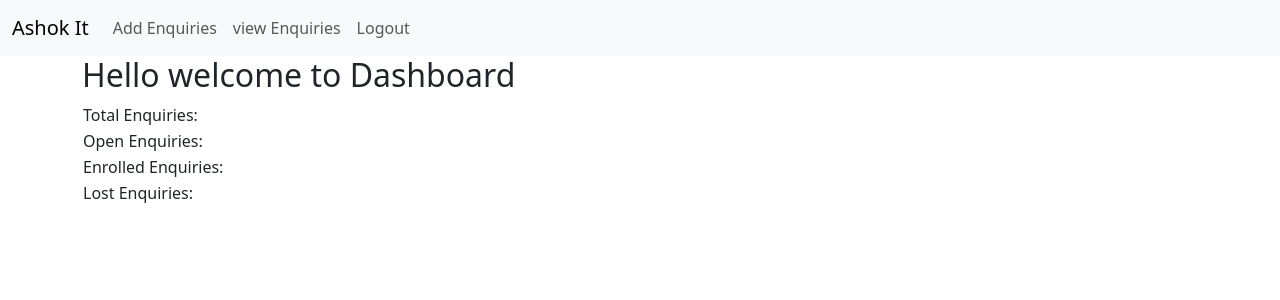
Repository: dibyajyotipanigrahi/Mini-Projects
Page: http://localhost/dashboard
The author's editor kept a copy of each file at every save. The page is drawn from the files as they stood at one save, then again after the next save.
The browser window is 1280 px wide. The pictures show the whole page.
The page is this project's Thymeleaf template; nobody is signed in. The template is opened directly, without the code that normally fills it, so the values that code supplies are empty.

Above is the page before, as saved 2024-04-25 17:30:38.

After the next save:
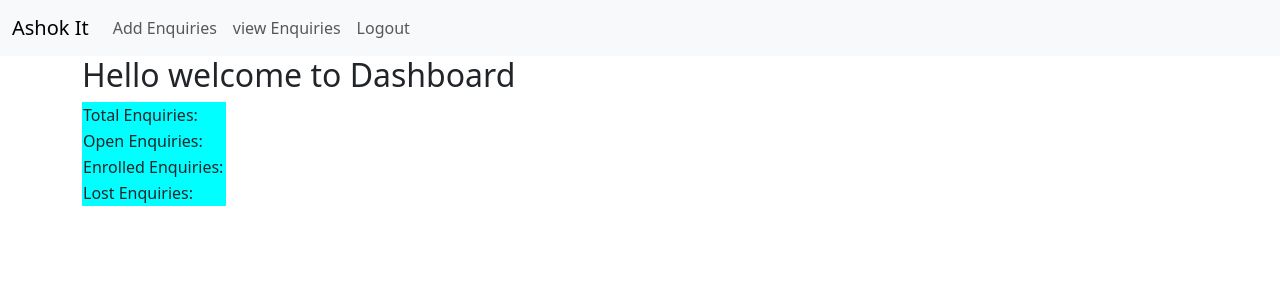
Saved 5 min 56 s later.
--- a/01-Councellors-Application/src/main/resources/templates/dashboard.html
+++ b/01-Councellors-Application/src/main/resources/templates/dashboard.html
@@ -9,11 +9,10 @@
 		integrity="sha384-QWTKZyjpPEjISv5WaRU9OFeRpok6YctnYmDr5pNlyT2bRjXh0JMhjY6hW+ALEwIH" crossorigin="anonymous">
 
 <style>
-	form {
-    margin: 60px;
-    margin-top: 15px;
-}
-
+	table{
+		background-color: aqua;
+		padding: 30px;
+	}
 </style>
 </head>
 

After the save that followed:
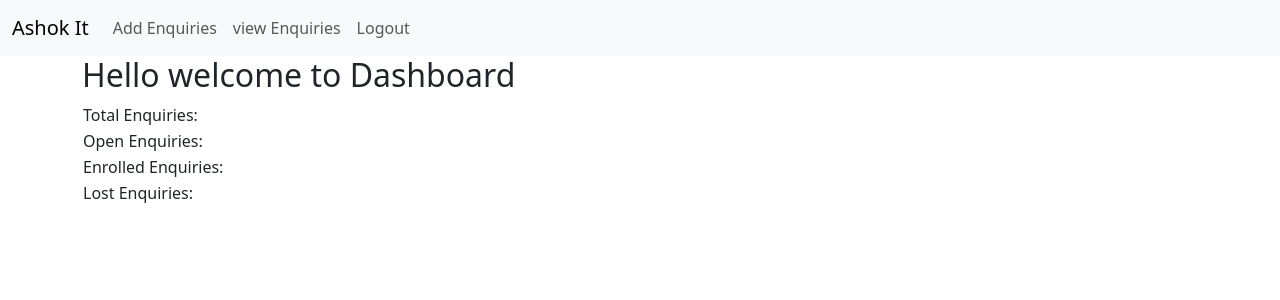
Saved 74 s later.
--- a/01-Councellors-Application/src/main/resources/templates/dashboard.html
+++ b/01-Councellors-Application/src/main/resources/templates/dashboard.html
@@ -9,7 +9,7 @@
 		integrity="sha384-QWTKZyjpPEjISv5WaRU9OFeRpok6YctnYmDr5pNlyT2bRjXh0JMhjY6hW+ALEwIH" crossorigin="anonymous">
 
 <style>
-	table{
+	form{
 		background-color: aqua;
 		padding: 30px;
 	}
